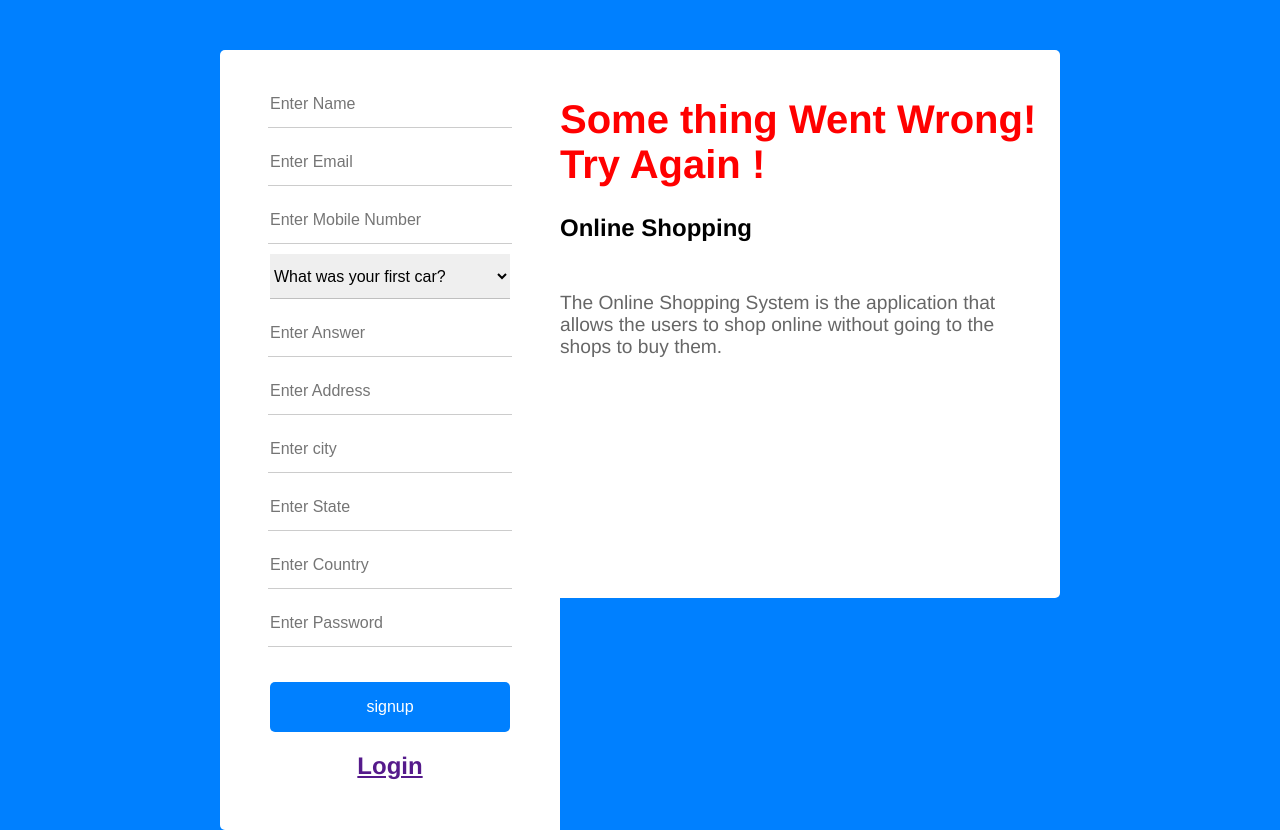
Repository: Dineshbabu290904/DigiMart
Page: http://localhost/ShoppingCart/signup.jsp
These files come from the project's save history. The page is drawn as it stood at one moment and after the next save; the edit follows.
The browser window is 1280 px wide. The pictures show the whole page.
The page is served by Tomcat 9.

Above is the page before, as saved 2024-10-12 10:02:33.

After the next save:
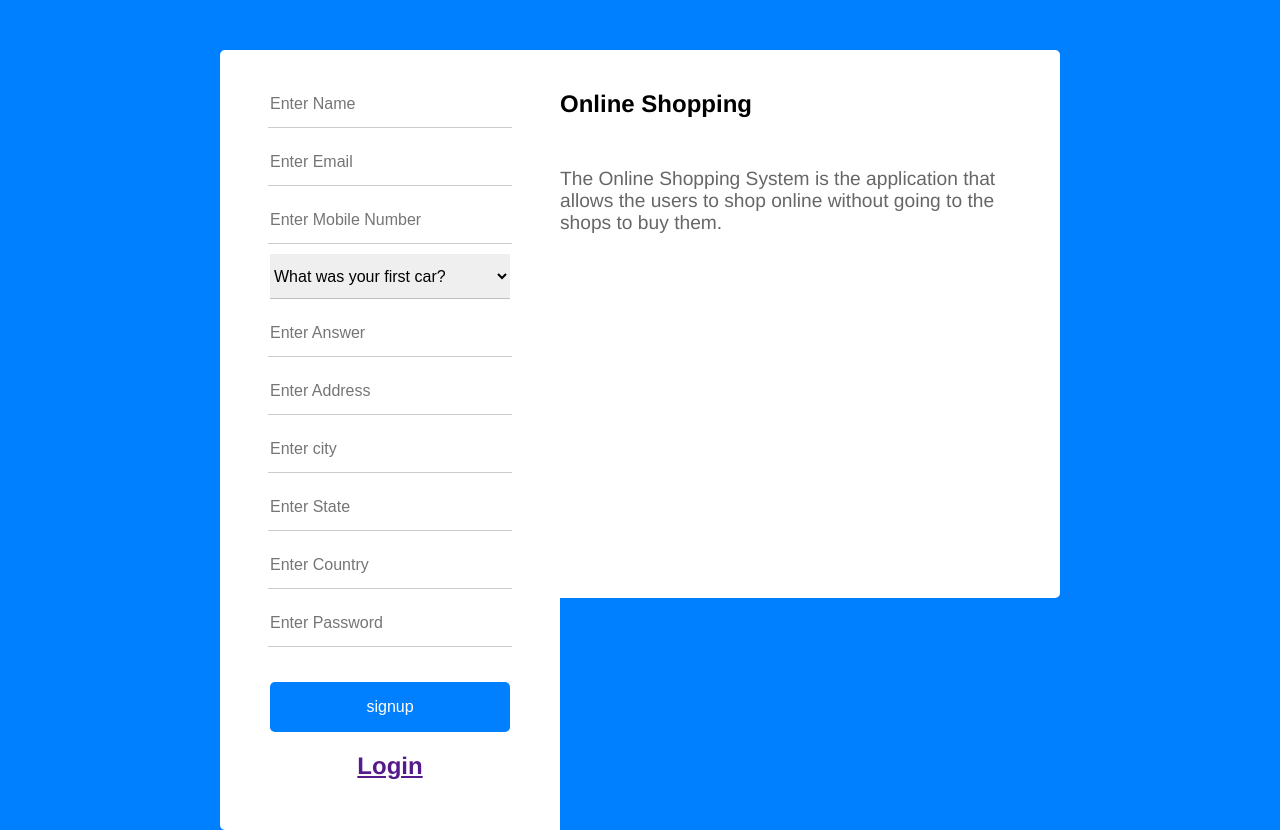
Saved 66 s later.
--- a/ShoppingCart/src/main/webapp/signup.jsp
+++ b/ShoppingCart/src/main/webapp/signup.jsp
@@ -34,9 +34,11 @@
 %>
 <h1>Successfully Registration</h1>
 <%} %>
-
+<%
+if("vaild".equals(msg)){
+%>
 <h1>Some thing Went Wrong! Try Again !</h1>
-
+<%} %>
     <h2>Online Shopping</h2>
     <p>The Online Shopping System is the application that allows the users to shop online without going to the shops to buy them.</p>
   </div>
